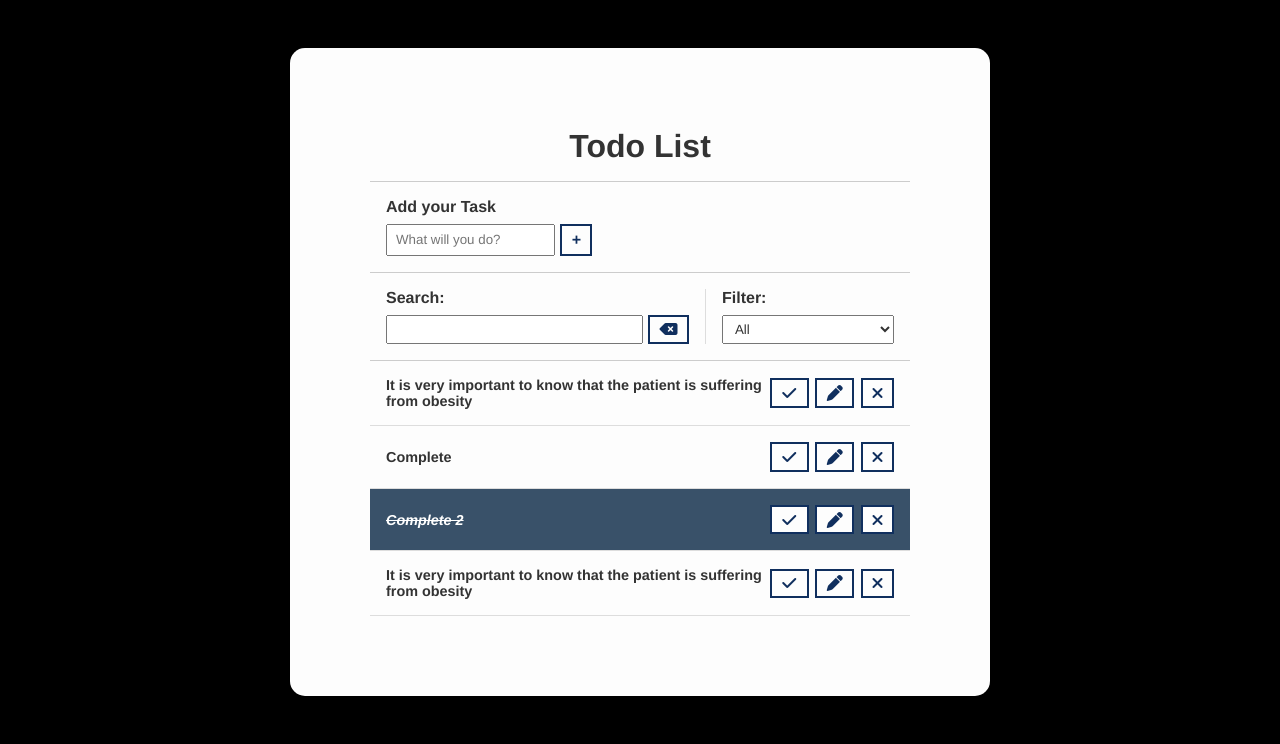
Repository: bek77g/todoList-vanillaJS
Page: index.html
An editor plug-in stored every save of this project. The page is shown before and after the next save, followed by the edit.
The browser window is 1280 px wide. The pictures show the whole page.
Some web libraries are served in a nearby version.

Above is the page before, as saved 2023-01-23 20:27:13.

### index.html
<!DOCTYPE html>
<html lang="en">
  <head>
    <meta charset="UTF-8" />
    <meta http-equiv="X-UA-Compatible" content="IE=edge" />
    <meta name="viewport" content="width=device-width, initial-scale=1.0" />
    <title>TodoList JS</title>
    <link rel="stylesheet" href="src/css/style.css" />
  </head>
  <body>
    <link
      rel="stylesheet"
      href="https://cdnjs.cloudflare.com/ajax/libs/font-awesome/6.1.2/css/all.min.css"
      integrity="sha512-1sCRPdkRXhBV2PBLUdRb4tMg1w2YPf37qatUFeS7zlBy7jJI8Lf4VHwWfZZfpXtYSLy85pkm9GaYVYMfw5BC1A=="
      crossorigin="anonymous"
      referrerpolicy="no-referrer"
    />
    <div class="todo-container">
      <header>
        <h1>Todo List</h1>
      </header>
      <form id="todo-form">
        <p>Add your Task</p>
        <div class="form-control">
          <input type="text" id="todo-input" placeholder="What will you do?" />
          <button type="submit">
            <i class="fa-thin fa-plus"></i>
          </button>
        </div>
      </form>
      <div id="toolbar">
        <div id="search">
          <h4>Search:</h4>
          <form>
            <input type="text" id="search-input" />
            <button id="erase-button">
              <i class="fa-solid fa-delete-left"></i>
            </button>
          </form>
        </div>
        <div id="filter">
          <h4>Filter:</h4>
          <select id="filter-select">
            <option value="all">All</option>
            <option value="done">Done</option>
            <option value="todo">Todo</option>
          </select>
        </div>
      </div>
      <div id="todo-list">
        <!-- <div class="todo done">
          <h3>
            It is very important to know that the patient is suffering from
            obesity
          </h3>
          <button class="finish-todo">
            <i class="fa-solid fa-check"></i>
          </button>
          <button class="edit-todo">
            <i class="fa-solid fa-pen"></i>
          </button>
          <button class="remove-todo">
            <i class="fa-solid fa-xmark"></i>
          </button>
        </div> -->
      </div>
    </div>
    <script src="src/js/app.js"></script>
  </body>
</html>

### src/css/style.css
/*geral*/
* {
  padding: 0;
  margin: 0;
  font-family: Helvetica;
  color: #333;
  box-sizing: border-box;
}

body {
  background-color: black;
}

button {
  background-color: #fdfdfd;
  color: #102f5e;
  border: 2px solid #102f5e;
  padding: 0.3rem 0.6rem;
  font-size: 1rem;
  cursor: pointer;
  display: flex;
  justify-content: center;
  align-items: center;
  transition: 0.4s;
}

button:hover {
  background-color: #102f5e;
  color: #fff;
}

button:hover > i {
  color: #fff;
}

button i {
  color: #102f5e;
  font-weight: bold;
  pointer-events: none;
}

.remove-todo:hover {
  background-color: red;
}

input,
select {
  padding: 0.25rem 0.5rem;
}

.hide {
  display: none;
}

/*TODO HEADER*/

.todo-container {
  max-width: 700px;
  margin: 3rem auto;
  background-color: #fdfdfd;
  padding: 5rem;
  border-radius: 15px;
}

.todo-container header {
  text-align: center;
  padding: 0 1rem 1rem;
  border-bottom: 1px solid #ccc;
}

/* TODO FORM*/

#todo-form,
#edit-form {
  padding: 1rem;
  border-bottom: 1px solid #ccc;
}

#todo-form p,
#edit-form p {
  margin-bottom: 0.5rem;
  font-weight: bold;
}

.form-control {
  display: flex;
}

.form-control input {
  margin-right: 0.3rem;
}

#cancel-edit-btn {
  margin-top: 1rem;
}

/* TODO TOOLBAR */

#toolbar {
  padding: 1rem;
  border-bottom: 1px solid #ccc;
  display: flex;
}

#toolbar h4 {
  margin-bottom: 0.5rem;
}

#search {
  border-right: 1px solid #ddd;
  padding-right: 1rem;
  margin-right: 1rem;
  width: 65%;
  display: flex;
  flex-direction: column;
}

#search form {
  display: flex;
}

#search input {
  width: 100%;
  margin-right: 0.3rem;
}

#filter {
  width: 35%;
  display: flex;
  flex-direction: column;
}

#filter select {
  flex: 1;
}

/* TODO LIST */

.todo {
  display: flex;
  justify-content: space-around;
  align-items: center;
  padding: 1rem;
  border-bottom: 1px solid #ddd;
  transition: 0.3s;
}

.todo h3 {
  flex: 1;
  font-size: 0.9rem;
}

.todo button {
  margin-left: 0.4rem;
}

.done {
  background-color: #395169;
}

.done h3 {
  color: #fff;
  text-decoration: line-through;
  font-style: italic;
}

### src/js/app.js
let todoData = [
  {
    key: 1,
    text: 'It is very important to know that the patient is suffering from obesity ',
    isDone: false,
    isEditable: false,
  },
  {
    key: 2,
    text: 'Complete ',
    isDone: false,
    isEditable: false,
  },
  {
    key: 3,
    text: 'Complete 2',
    isDone: true,
    isEditable: false,
  },
  {
    key: 4,
    text: 'It is very important to know that the patient is suffering from obesity ',
    isDone: false,
    isEditable: false,
  },
];

let searchValue = '';
let filterValue = 'all';

//elements
const todoForm = document.querySelector('#todo-form');
const todoInput = document.querySelector('#todo-input');
const todoList = document.querySelector('#todo-list');
const searchInput = document.querySelector('#search-input');
const filterInput = document.querySelector('#filter-select');

const showTodosData = () => {
  todoList.innerHTML = '';
  todoData
    .filter((todo) =>
      todo.text.toLocaleLowerCase().includes(searchValue.toLocaleLowerCase())
    )
    .filter((el) => {
      if (filterValue === 'all') return el;
      if (filterValue === 'done' && el.isDone) return el;
      if (filterValue === 'todo' && !el.isDone) return el;
    })
    .forEach(({ key, text, isDone, isEditable }) => {
      todoList.innerHTML += `
        <div class="todo ${isDone ? 'done' : ''}">
          ${isEditable ? `<input />` : `<h3>${text}</h3>`}
          <button class="finish-todo">
            <i class="fa-solid fa-check"></i>
          </button>
          <button class="edit-todo">
            <i class="fa-solid fa-pen"></i>
          </button>
          <button class="remove-todo">
            <i class="fa-solid fa-xmark"></i>
          </button>
        </div>
    `;
    });
};

const addTodo = (text) => {
  let todoBody = {
    key: new Date().getTime(),
    text: text,
    isDone: false,
    isEditable: false,
  };
  todoData.push(todoBody);
  todoInput.value = '';
  todoInput.focus();
  showTodosData();
};

todoForm.addEventListener('submit', (e) => {
  e.preventDefault();
  const inputValue = todoInput.value;
  if (inputValue) {
    addTodo(inputValue);
  }
});

searchInput.addEventListener('input', (e) => {
  searchValue = e.target.value;
  showTodosData();
});
filterInput.addEventListener('input', (e) => {
  filterValue = e.target.value;
  showTodosData();
});

//Edit

showTodosData();

After the next save:
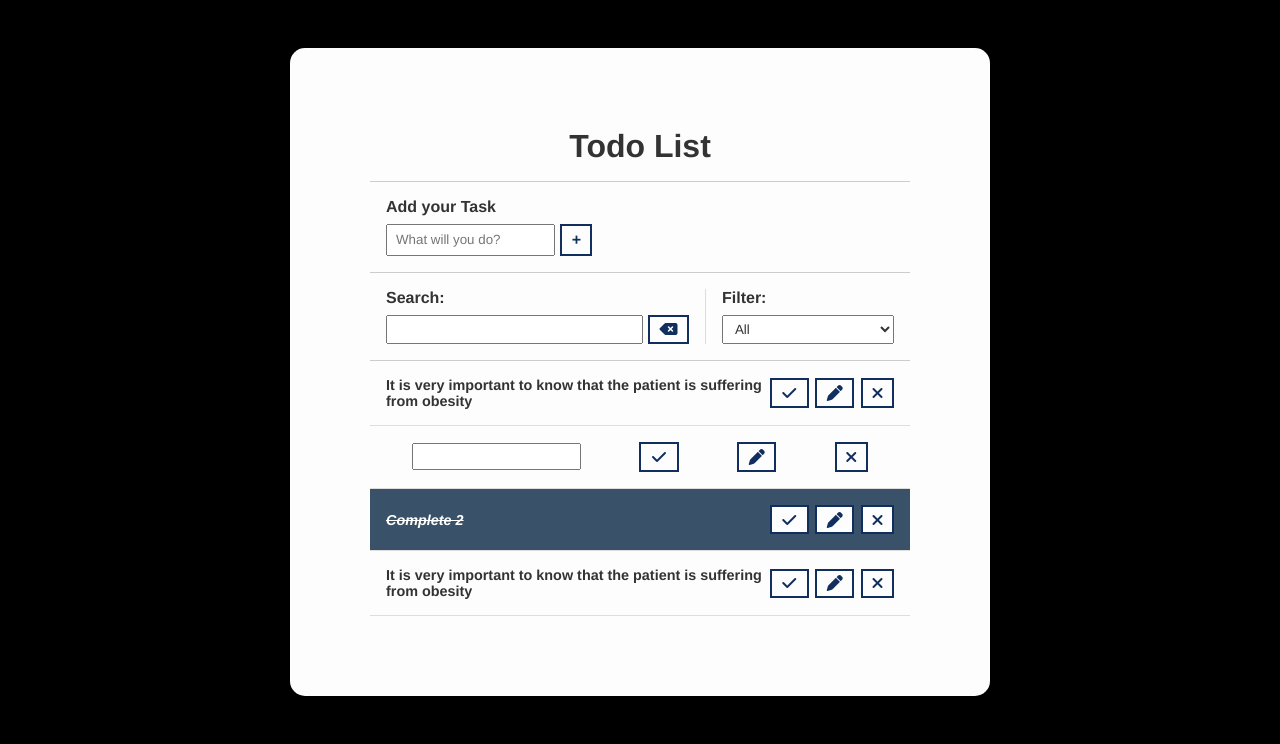
Saved 6 s later.
--- a/src/js/app.js
+++ b/src/js/app.js
@@ -9,7 +9,7 @@ let todoData = [
     key: 2,
     text: 'Complete ',
     isDone: false,
-    isEditable: false,
+    isEditable: true,
   },
   {
     key: 3,
